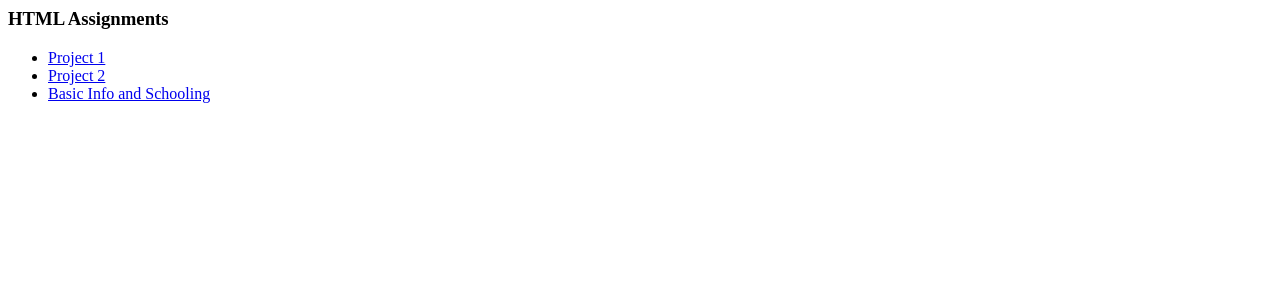
Repository: larranj1/my_website
Page: assignments/html/index.html
The author's editor kept a record of every edit. The page is drawn from the files as they stood at one moment, then again after the next edit.
The browser window is 1280 px wide. The pictures show the whole page.

Above is the page before.

After the next edit:
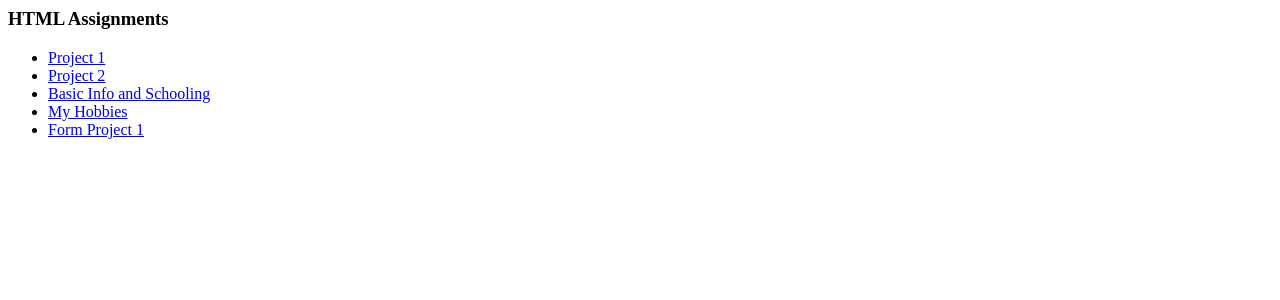
The edit:
--- a/assignments/html/index.html
+++ b/assignments/html/index.html
@@ -5,6 +5,8 @@
     <li> <a href = "project_1.html"> Project 1 </a> </li>
     <li> <a href = "project_2.html"> Project 2 </a> </li>
     <li> <a href = "personal_file1.html"> Basic Info and Schooling </a> </li>
+    <li> <a href = "personal_file2.html"> My Hobbies </a> </li>
+    <li> <a href = "form_1.html"> Form Project 1 </a> </li>
     </ul>
 
 </html>
